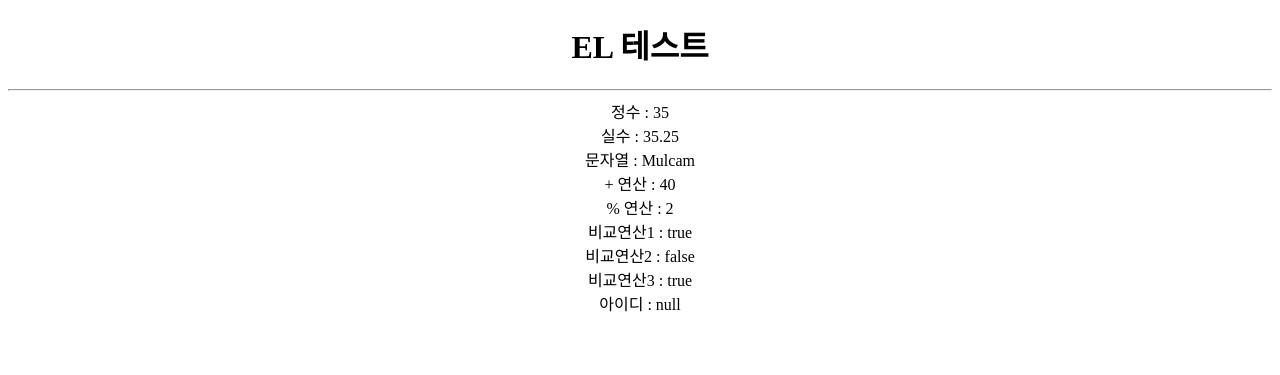
Repository: serim53/JSPStudy
Page: http://localhost/BoardWeb_JSP_/elExample.jsp
These files come from the project's save history. The page is drawn as it stood at one moment and after the next save; the edit follows.
The browser window is 1280 px wide. The pictures show the whole page.
The page is served by Tomcat 10. Other server files are loaded and not shown.

Above is the page before, as saved 2025-07-11 04:38:42.

### BoardWeb(JSP)/src/main/webapp/elExample.jsp
<%@page contentType="text/html; charset=UTF-8"%>
<!DOCTYPE html PUBLIC "-//W3C//DTD HTML 4.01 Transitional//EN" "http://www.w3.org/TR/html4/loose.dtd">
<html>
<head>
<meta http-equiv="Content-Type" content="text/html; charset=UTF-8">
<title>JSP 예제</title>
</head>
<body>
<center>
<h1>EL 테스트</h1>
<hr>
정수 : ${35 }<br>
실수 : ${35.25 }<br>
문자열 : ${"Mulcam" }<br>
+ 연산 : ${35 + 5 }<br>
% 연산 : ${35 % 3 }<br>
비교연산1 : ${35 == 35 }<br>
비교연산2 : ${35 == 45 }<br>
비교연산3 : ${35 >= 21 }<br>
아이디 : <%= request.getParameter("id") %>
</center>
</body>
</html>

After the next save:
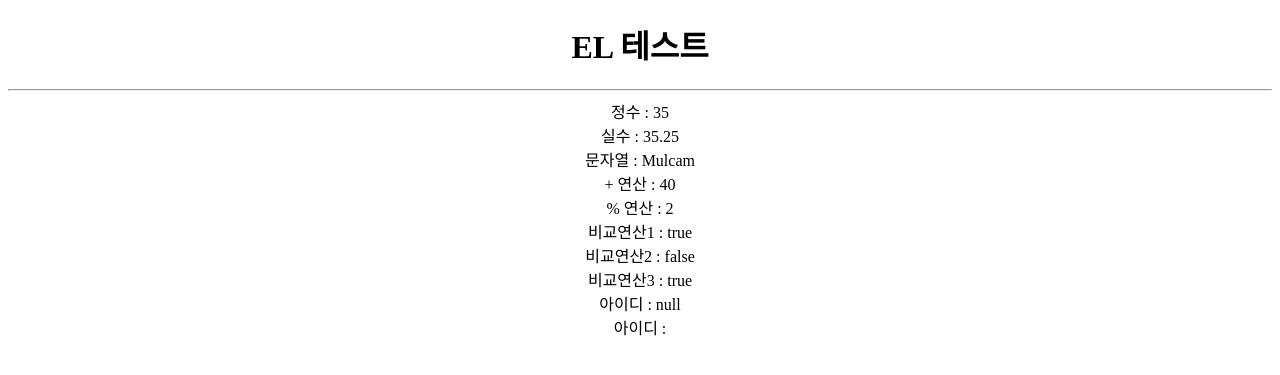
Saved 82 s later.
--- a/BoardWeb(JSP)/src/main/webapp/elExample.jsp
+++ b/BoardWeb(JSP)/src/main/webapp/elExample.jsp
@@ -17,7 +17,8 @@
 비교연산1 : ${35 == 35 }<br>
 비교연산2 : ${35 == 45 }<br>
 비교연산3 : ${35 >= 21 }<br>
-아이디 : <%= request.getParameter("id") %>
+아이디 : <%= request.getParameter("id") %><br>
+아이디 : ${param.id }<br>
 </center>
 </body>
 </html>
